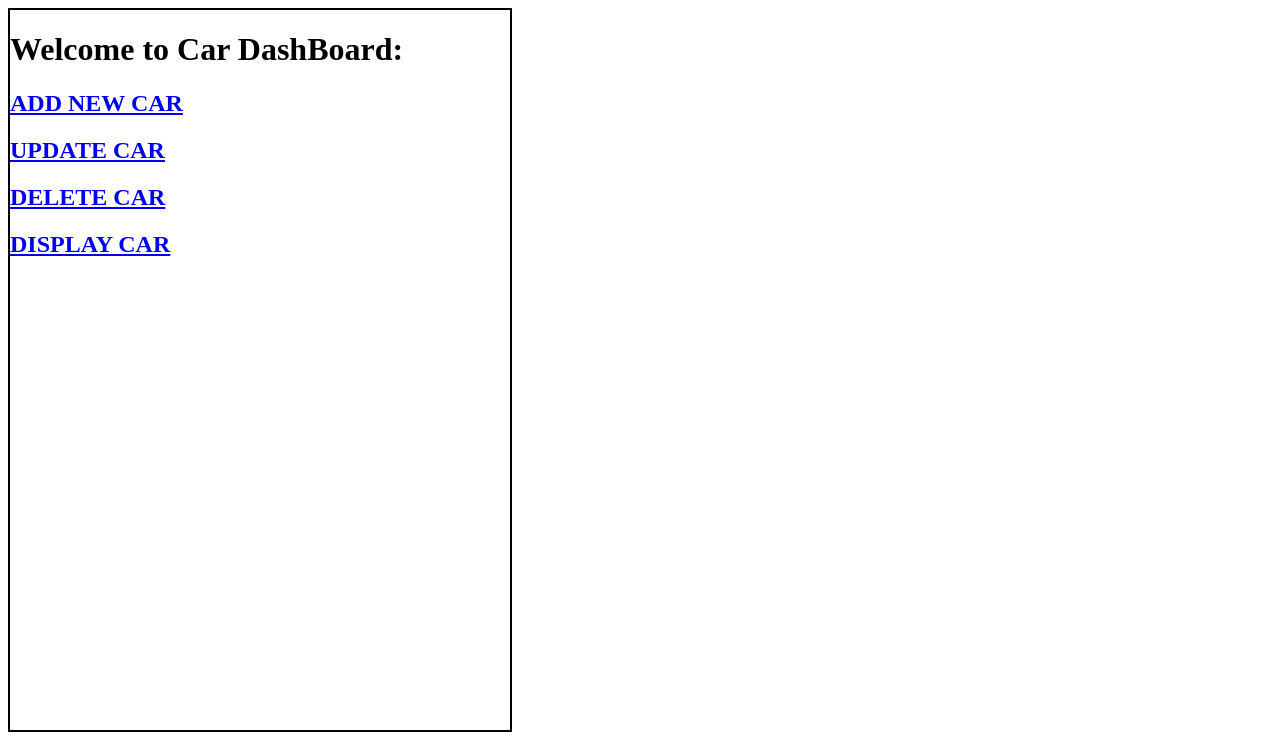
Repository: Dhirajkumar02/Advance-Java--J2EE-
Page: ServletProjecct_CarDB/src/main/webapp/index.html
These files come from the project's save history. The page is drawn as it stood at one moment and after the next save; the edit follows.
The browser window is 1280 px wide. The pictures show the whole page.

Above is the page before, as saved 2024-11-14 14:51:31.

### ServletProjecct_CarDB/src/main/webapp/index.html
<!DOCTYPE html>
<html>
<head>
<meta charset="UTF-8">
<title>Insert title here</title>
<style>
body{
height: 100vh;
width: 500px;
border: 2px solid black;
}
</style>
</head>
<body>
<h1>Welcome to Car DashBoard:</h1>
<h2>
<a href="AddCar.html">ADD NEW CAR</a>
</h2>

<h2>
<a href="UpdateCar.html">UPDATE CAR</a>
</h2>

<h2>
<a href="DeleteCar.html">DELETE CAR</a>
</h2>

<h2>
<a href="DisplayCar.html">DISPLAY CAR</a>
</h2>

</body>
</html>

After the next save:
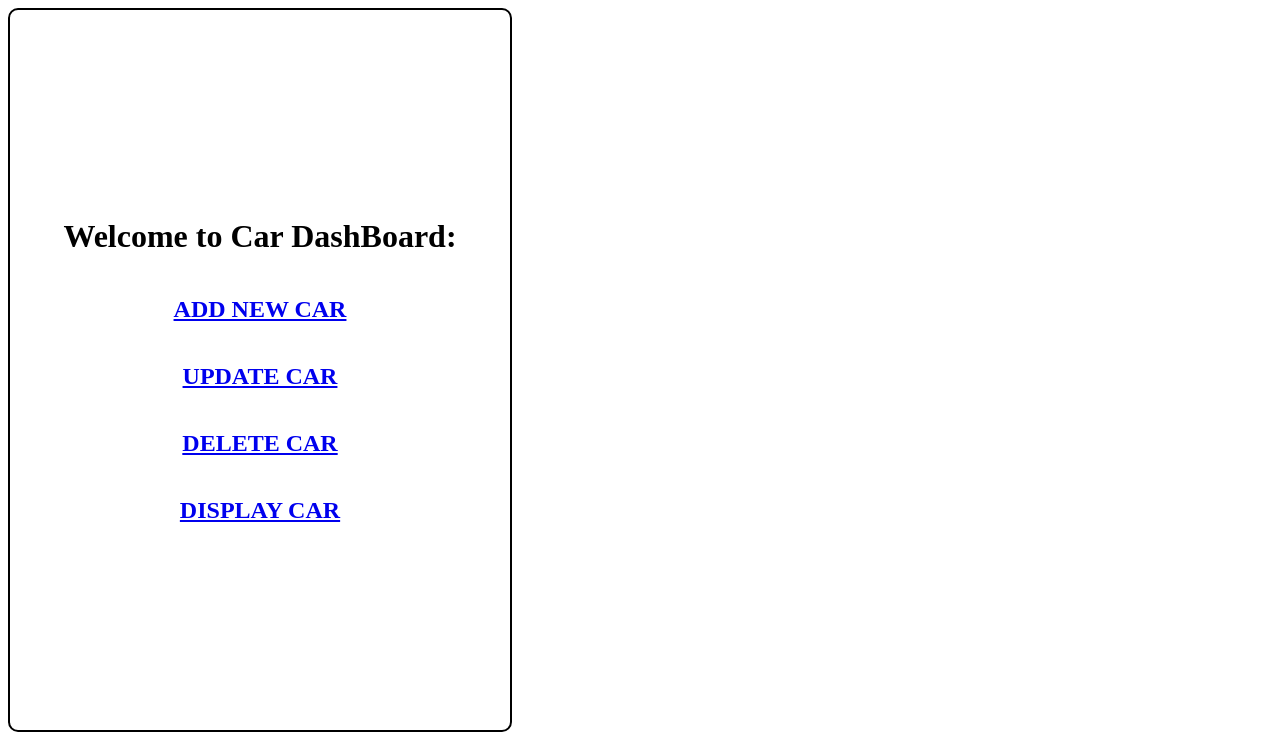
Saved 76 s later.
--- a/ServletProjecct_CarDB/src/main/webapp/index.html
+++ b/ServletProjecct_CarDB/src/main/webapp/index.html
@@ -8,6 +8,11 @@ body{
 height: 100vh;
 width: 500px;
 border: 2px solid black;
+display: flex;
+justify-content: center;
+align-items: center;
+flex-direction: column;
+border-radius: 10px;
 }
 </style>
 </head>
